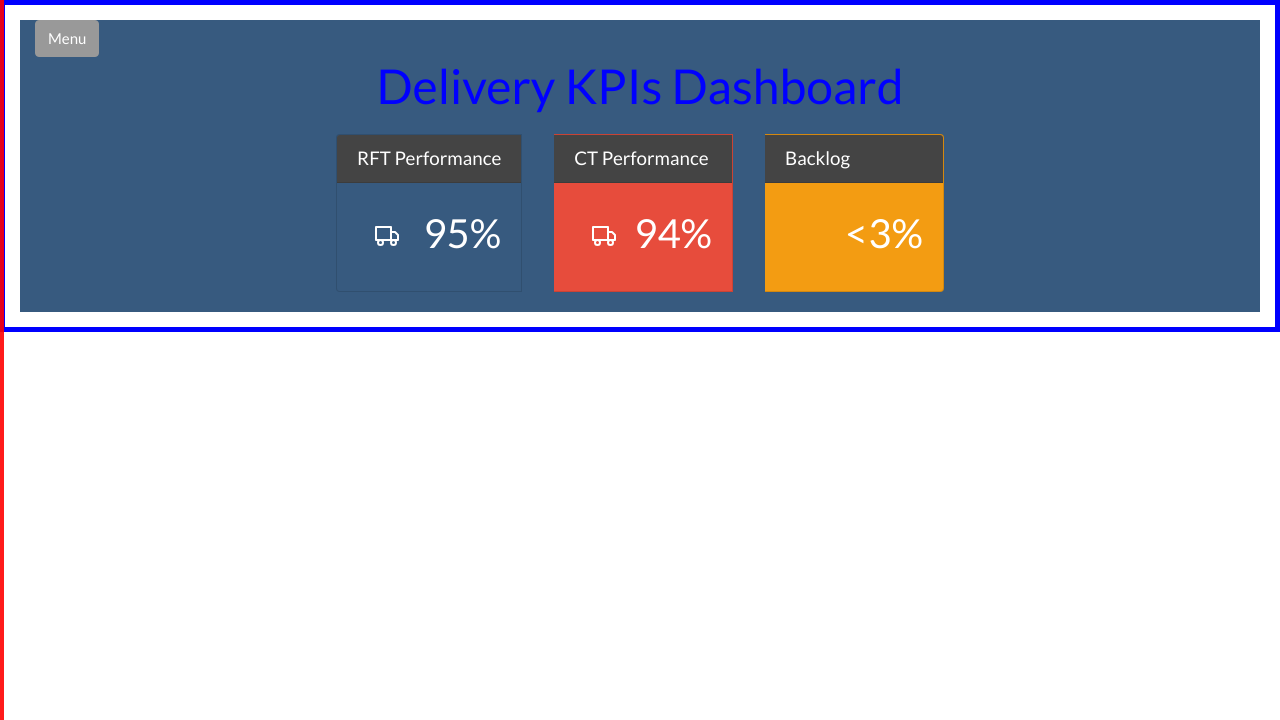
Repository: valenovi76/Delivery-Dashboard
Page: Index.html
The author's editor kept a record of every edit. The page is drawn from the files as they stood at one moment, then again after the next edit.
The browser window is 1280 px wide. The pictures show the whole page.
Some icons come from a web library that is not loaded, so they are not drawn. Some web libraries are served in a nearby version.

Above is the page before.
Console error: TypeError: Cannot read properties of null (reading 'textContent')

After the next edit:
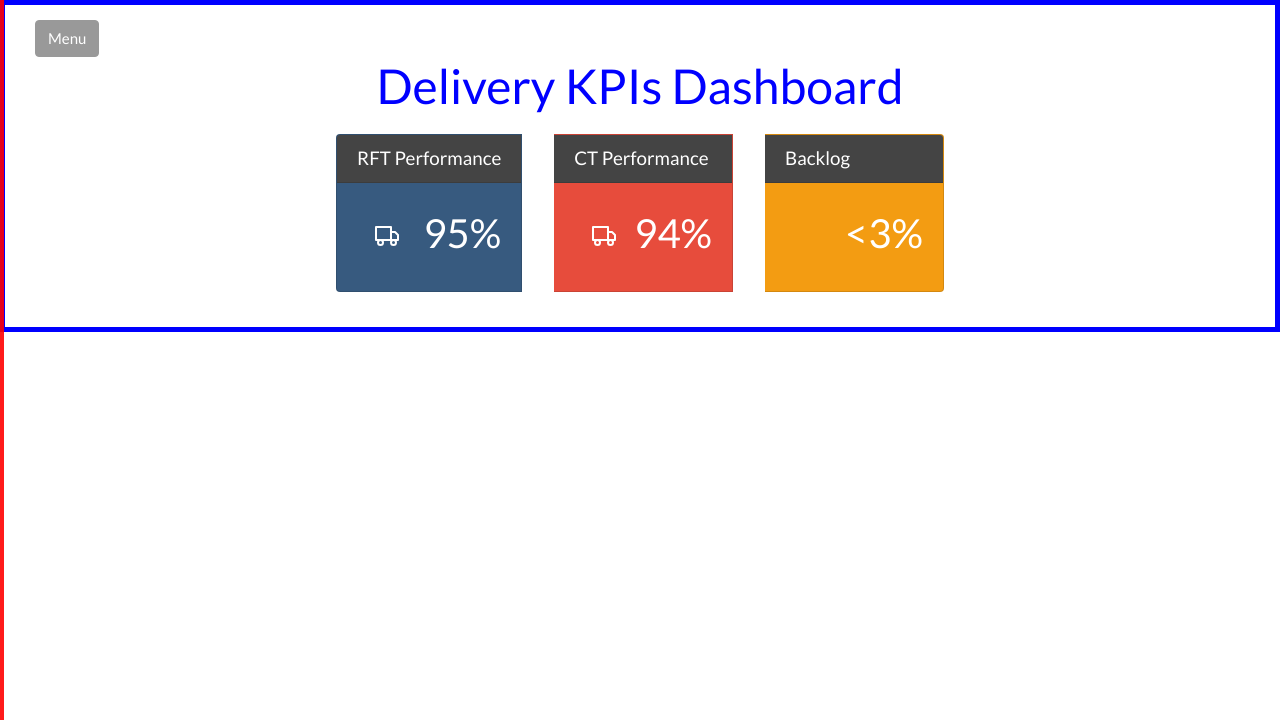
The edit:
--- a/Index.html
+++ b/Index.html
@@ -39,7 +39,7 @@
         <div id="page-content-wrapper">
             <div class="container-fluid">
 
-                <div class="row bg-primary">
+                <div class="row bg-white">
                     <div class="col-lg-12 ">
                         <a href="#" class="btn btn-light" id="menu-toggle">Menu</a>
                         <h1>Delivery KPIs Dashboard</h1>
